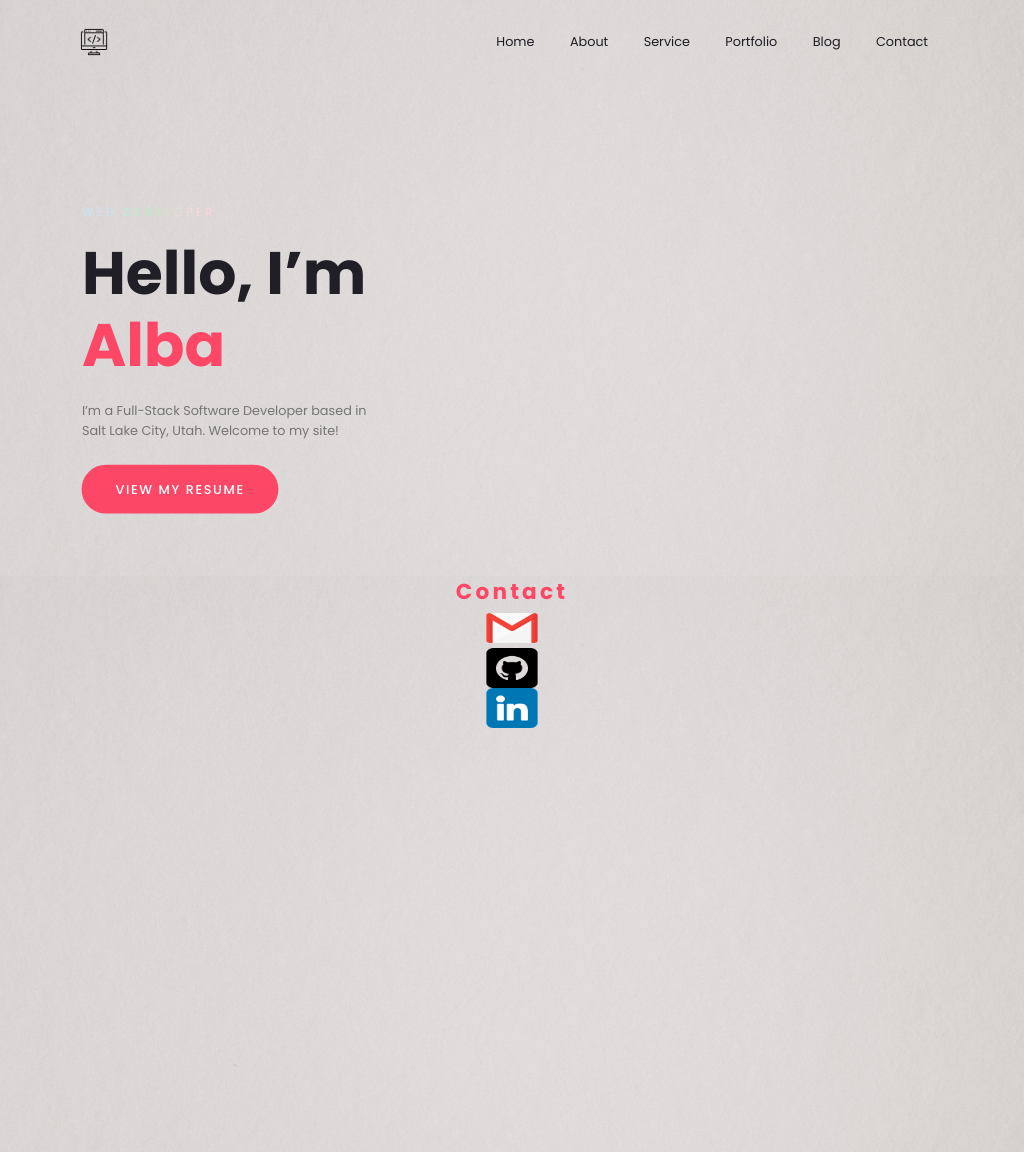
Repository: pilar122/port
Page: index.html
An editor plug-in stored every save of this project. The page is shown before and after the next save, followed by the edit.
The browser window is 1280 px wide. The pictures show the whole page, at 80% of full size.

Above is the page before, as saved 2022-01-29 17:06:15.

### index.html
<!DOCTYPE html>
<html lang="en">
<head>
    <meta charset="UTF-8">
    <title>Personal Portfolio Website</title>
    <!----CSS link----->
    <link rel="stylesheet" href="style.css">
</head>
<body>
    <div class="hero">
        <nav>
            <img src="./img/coding.png" class="logo">
            <ul>
                <li><a href="#">Home</a></li>
                <li><a href="#">About</a></li>
                <li><a href="#">Service</a></li>
                <li><a href="#">Portfolio</a></li>
                <li><a href="#">Blog</a></li>
                <li><a href="#contact">Contact</a></li>
            </ul>

        </nav>
        <div class="content">
            <span class="title">Web Developer</span>
            <h1>Hello, I’m <span>Alba</span></h1>
            <p>I’m a Full-Stack Software Developer based in Salt Lake City, Utah. Welcome to my site!</p>
            <a href="https://docs.google.com/document/d/1-5NqQs53X55snoyWaPBF-iuk-xL4VE2I0psmDuApD5Q/edit?usp=sharing" class="btn"> View my Resume</a>
        </div>
    </div>
    <section class="contact">
        <div class="section-title" id="contact">
            <h2>Contact</h2>
        </div>

        <div class="text">
            <ul>
                <a href="mailto:aurorapilarte@gmail.com">
                    <img src="/Users/albapilarte/Desktop/port/img/gmail.png" class="center1" width="50" height="50">
                </a>
                  <a href="https://github.com/pilar122/">
                    <img src="/Users/albapilarte/Desktop/port/img/github.png" class="center2" width="50" height="50">
                  </a>
                  <a href="https://www.linkedin.com/in/alba-pilarte-8590471b7/">
                    <img src="/Users/albapilarte/Desktop/port/img/linkedin.png" class="center3" width="50" height="50">
                  </a>
            </ul>
        </div>
    </section>
</body>
</html>

### style.css
@import url('https://fonts.googleapis.com/css2?family=Poppins:wght@400;500;600;700&display=swap');
*{
    margin: 0;
    padding: 0;
    box-sizing: border-box;
    font-family: 'Poppins', sans-serif;
}
a{
    text-decoration: none;
}
.hero{
    width: 100%;
    height: 100vh;
    background: url(img/bg1.jpg);
    background-size: cover;
}
nav{
    display: flex;
    align-items: center;
    justify-content: space-between;
    padding: 30px 100px;
}
.logo{
    max-height: 35px;
}
nav ul li{
    list-style: none;
    display: inline-block;
    padding: 10px 20px;
}
nav ul li a{
    color: #1d1d24;
    position: relative;
    padding: 5px 0;
}
nav ul li a:hover{
    color: #fd4766;
}
nav ul li a:after{
    content: "";
    position: absolute;
    left: 0;
    width: 0;
    height: 3px;
    background: #fd4766;
    transition: .3s;
    bottom: 0;
}
nav ul li a:hover:after{
    width: 100%;
}
.btn{
    color: #fff;
    font-size: 16px;
    text-transform: uppercase;
    letter-spacing: 2px;
    padding: 16px 40px;
    border-radius: 500px;
    display: inline-block;
    font-weight: 500;
    transition: all .4s ease-in-out;
    background-size: 152% 100%;
    background: #fd4766;
    border: 2px solid #fd4766;
}
.btn:hover{
    background: transparent;
    border-color: #fd4766;
    color: #fd4766;
}
.content{
    position: absolute;
    top: 35%;
    left: 8%;
}
.content .title{
    color: #1f1f25;
    font-size: 15px;
    text-transform: uppercase;
    letter-spacing: 4px;
    display: inline-block;
    margin-bottom: 20px;
    background: linear-gradient(120deg, #cae1f3 20.69%, #b0f1b8 50.19%,#fdd5dc 79.69%);
    -webkit-background-clip: text;
    -webkit-text-fill-color: transparent;
}
.content h1{
    color: #1f1f25;
    font-size: 75px;
    font-weight: 900;
    line-height: 90px;
    text-transform: inherit;
    width: 70%;
}
.content h1 span{
    color: #fd4766;
}
.content p{
    width: 55%;
    color: #757575;
    margin-top: 25px;
    margin-bottom: 30px;
}
.contact .section-title{
    color: #fd4766;
    text-align: center;
    font-size: large;
    letter-spacing: 4px;
}
.contact{
    width: 100%;
    height: 100vh;
    background: url(img/bg1.jpg);
    background-size: cover;
}
.center1 {
    display: block;
  margin-left: auto;
  margin-right: auto;
  width: 5%;
}
.center2 {
    display: block;
  margin-left: auto;
  margin-right: auto;
  width: 5%;
}
.center3 {
    display: block;
  margin-left: auto;
  margin-right: auto;
  width: 5%;
}

After the next save:
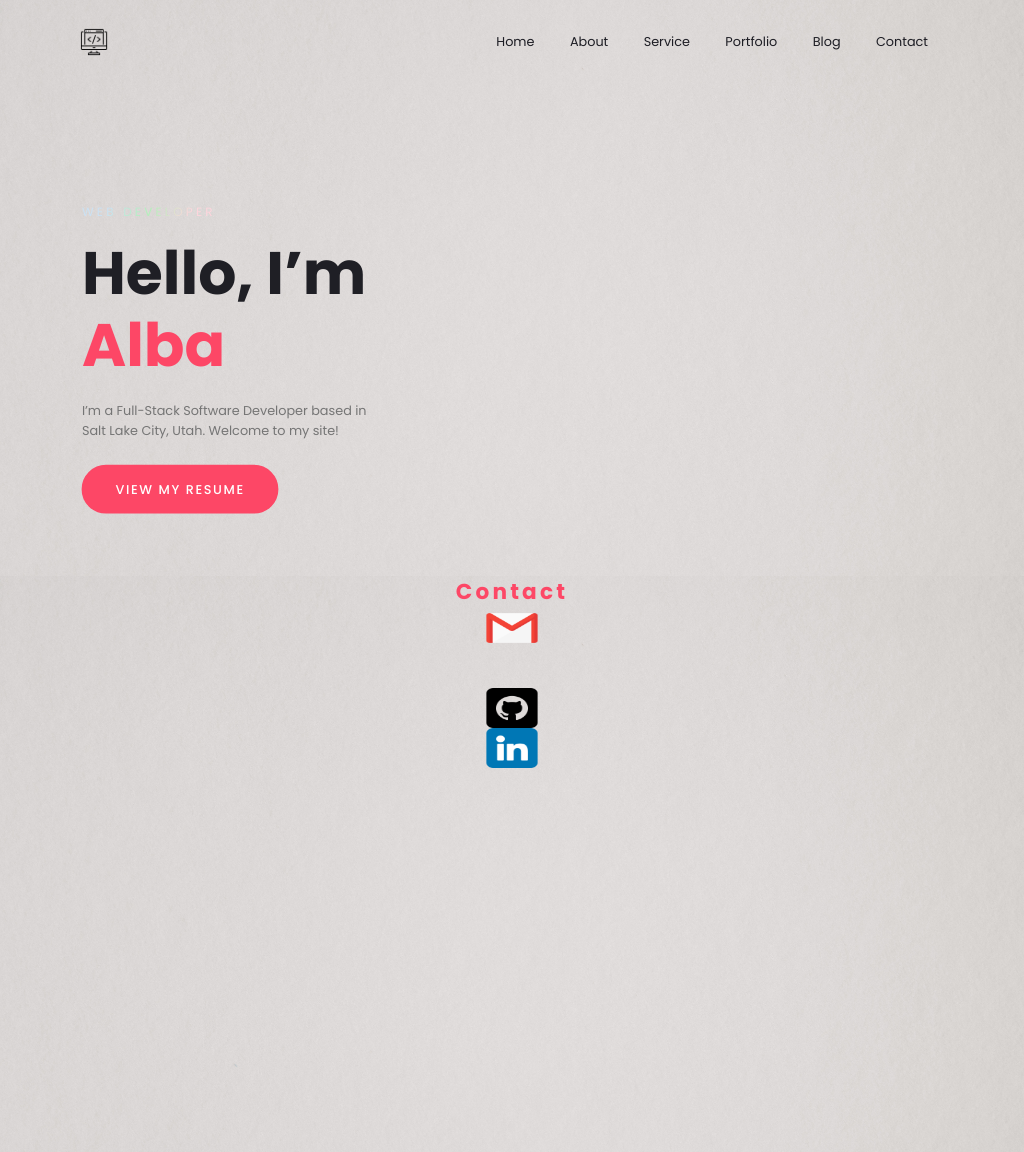
Saved 36 s later.
--- a/index.html
+++ b/index.html
@@ -37,6 +37,7 @@
                 <a href="mailto:aurorapilarte@gmail.com">
                     <img src="/Users/albapilarte/Desktop/port/img/gmail.png" class="center1" width="50" height="50">
                 </a>
+                <br></br>
                   <a href="https://github.com/pilar122/">
                     <img src="/Users/albapilarte/Desktop/port/img/github.png" class="center2" width="50" height="50">
                   </a>
